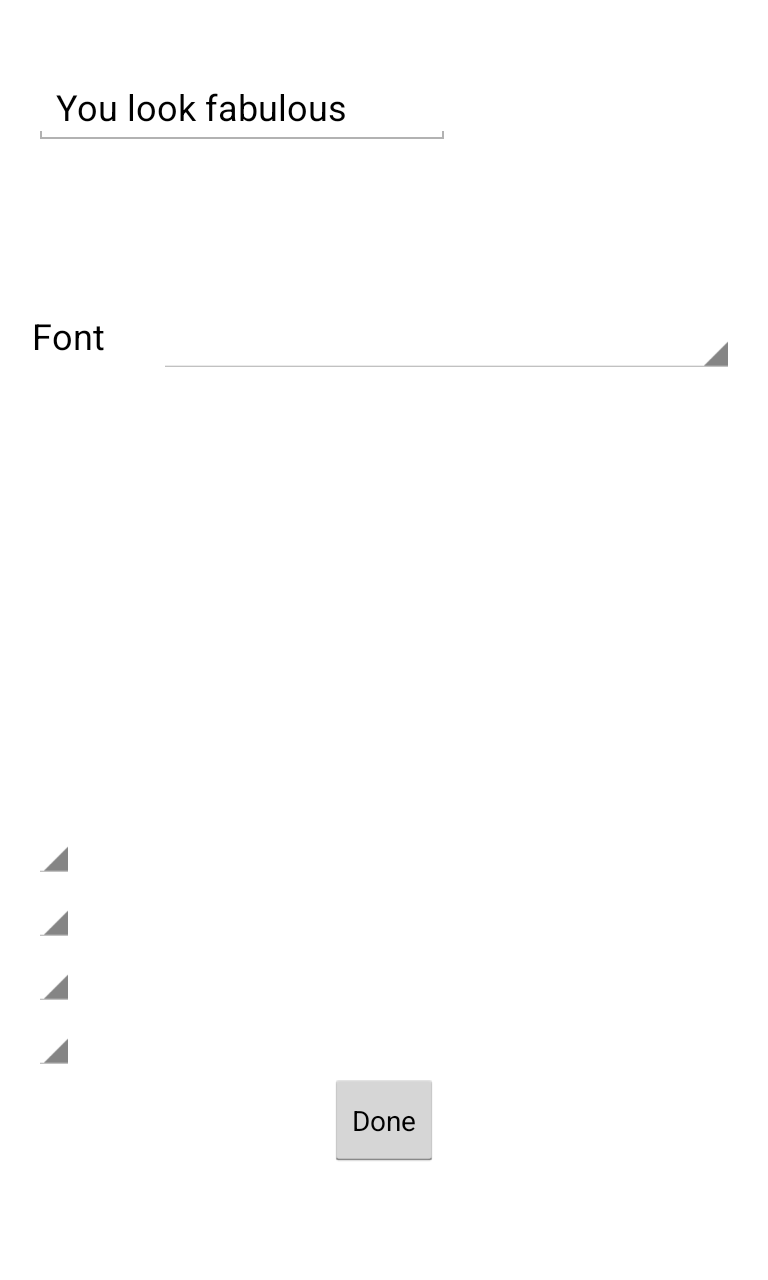
Repository: rtyanas/MyPics
Layout: workspace/MyPic/res/layout/activity_settings.xml
An editor plug-in stored every save of this project. The layout is shown before and after the next save, followed by the edit.
It is drawn on a 768 x 1280 px phone screen (xhdpi) without system bars, with theme AppTheme; the app's code is not run.

Above is the layout before, as saved 2013-12-17 19:14:09.

After the next save:
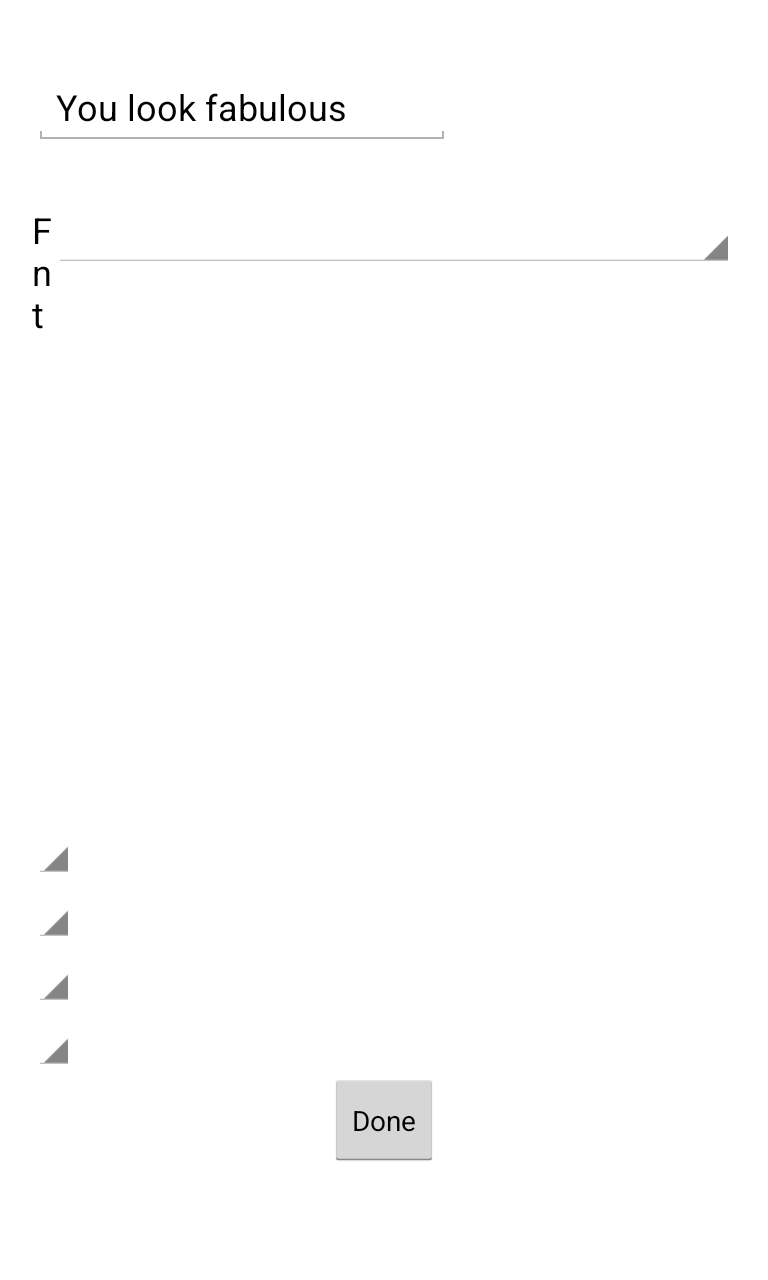
Saved 51 s later.
--- a/workspace/MyPic/res/layout/activity_settings.xml
+++ b/workspace/MyPic/res/layout/activity_settings.xml
@@ -61,9 +61,8 @@
         android:layout_width="wrap_content"
         android:layout_height="wrap_content"
         android:layout_alignLeft="@+id/editText1"
-        android:layout_alignParentRight="true"
         android:layout_below="@+id/editText1"
-        android:layout_marginTop="82dp" >
+        android:layout_marginTop="29dp" >
 
         <TextView
             android:id="@+id/textView2"
@@ -75,9 +74,8 @@
 
         <Spinner
             android:id="@+id/font"
-            android:layout_width="251dp"
-            android:layout_height="wrap_content"
-            android:layout_weight="0.57" />
+            android:layout_width="342dp"
+            android:layout_height="wrap_content" />
 
     </LinearLayout>
 
